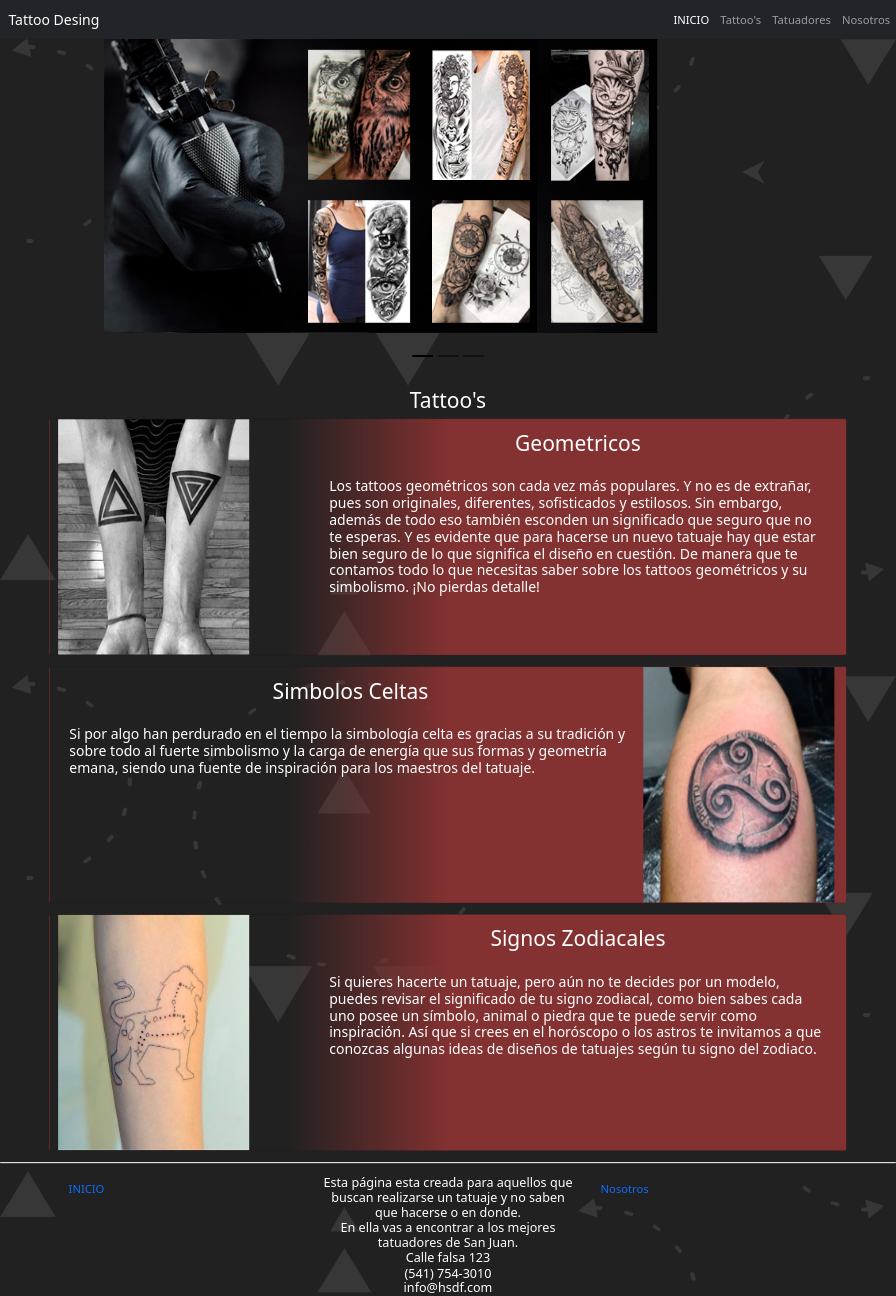
Repository: Vladimir-22/TatooDesign
Page: index.html
The author's editor kept a copy of each file at every save. The page is drawn from the files as they stood at one save, then again after the next save.
The browser window is 1280 px wide. The pictures show the whole page, at 70% of full size.
Some web libraries are served in a nearby version.

Above is the page before, as saved 2021-05-19 21:17:16.

After the next save:
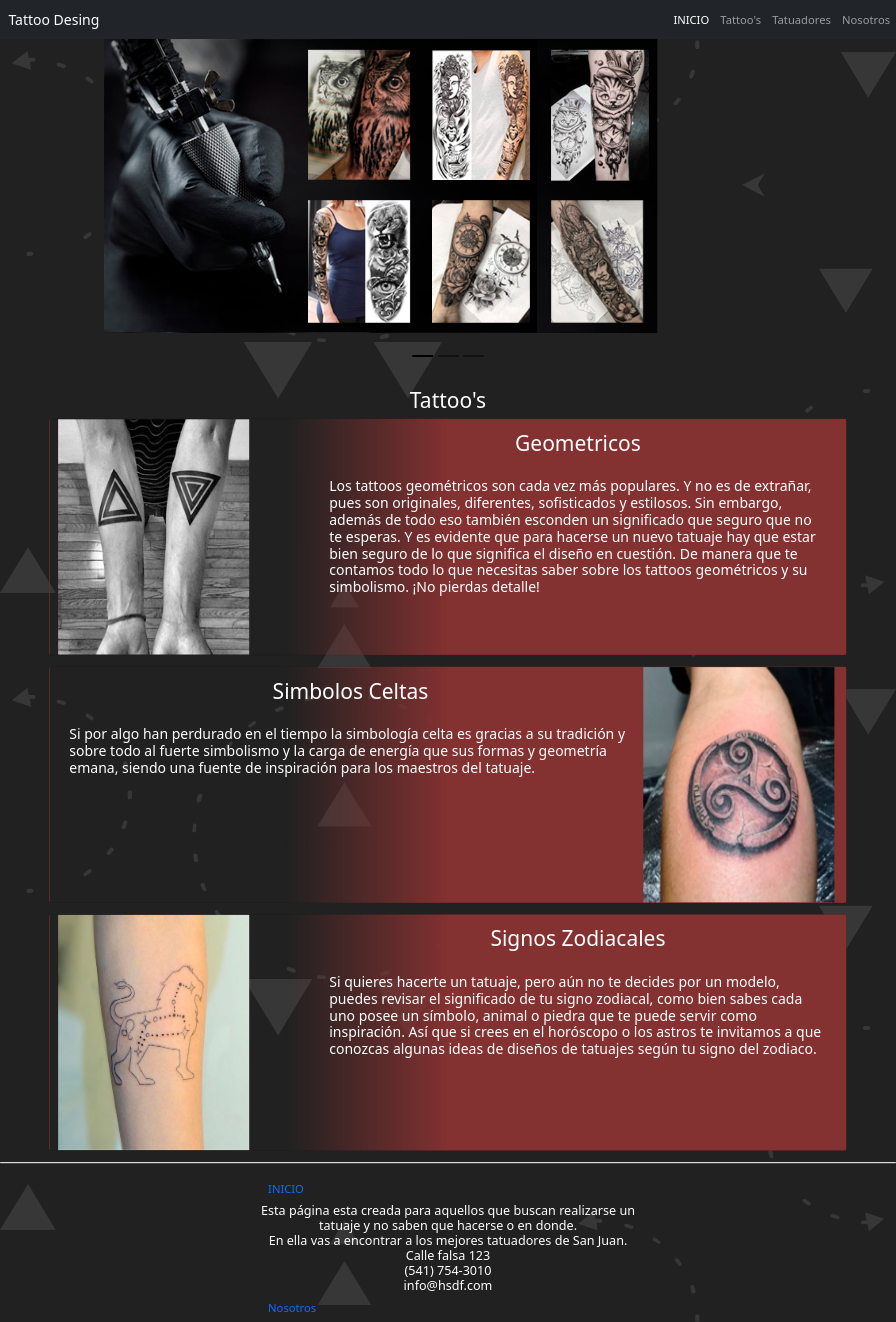
Saved 3 min 4 s later.
--- a/index.html
+++ b/index.html
@@ -177,21 +177,29 @@
         <div id="footer" class="card mb-3" style="auto"></div>
             <div class="container">
                 <div class="row">
-                    <div class="col align-self-start">
-                        <a class="nav-link active" aria-current="page" href="#">INICIO</a>
-                    </div>
-                    <div class="col align-self-center">
-                        <h3 id="descrip-gral" class="card-text">
-                            Esta página esta creada para aquellos que buscan realizarse un tatuaje y no saben que hacerse o en donde. <br>
-                            En ella vas a encontrar a los mejores tatuadores de San Juan.<br>
-                            Calle falsa 123<br>
-                            (541) 754-3010<br>
-                            info@hsdf.com<br>
-                        </h3>
-                    </div>
-                    <div class="col align-self-start">
-                            <a class="nav-link" href="nosotros.html" tabindex="-1" aria-disabled="true">Nosotros</a>
-                        </div>
+                    <div class="col-md-3">
+
+                    </div>
+                    <div class="col-md-6">
+                        <div class="col align-self-start">
+                            <a class="nav-link active" aria-current="page" href="#">INICIO</a>
+                        </div>
+                        <div class="col align-self-center">
+                            <h3 id="descrip-gral" class="card-text">
+                                Esta página esta creada para aquellos que buscan realizarse un tatuaje y no saben que hacerse o en donde. <br>
+                                En ella vas a encontrar a los mejores tatuadores de San Juan.<br>
+                                Calle falsa 123<br>
+                                (541) 754-3010<br>
+                                info@hsdf.com<br>
+                            </h3>
+                        </div>
+                        <div class="col align-self-end">
+                                <a class="nav-link" href="nosotros.html" tabindex="-1" aria-disabled="true">Nosotros</a>
+                            </div>
+                        </div>
+                    </div>
+                    <div class="col-md-3">
+
                     </div>
                 </div>
             </div>
